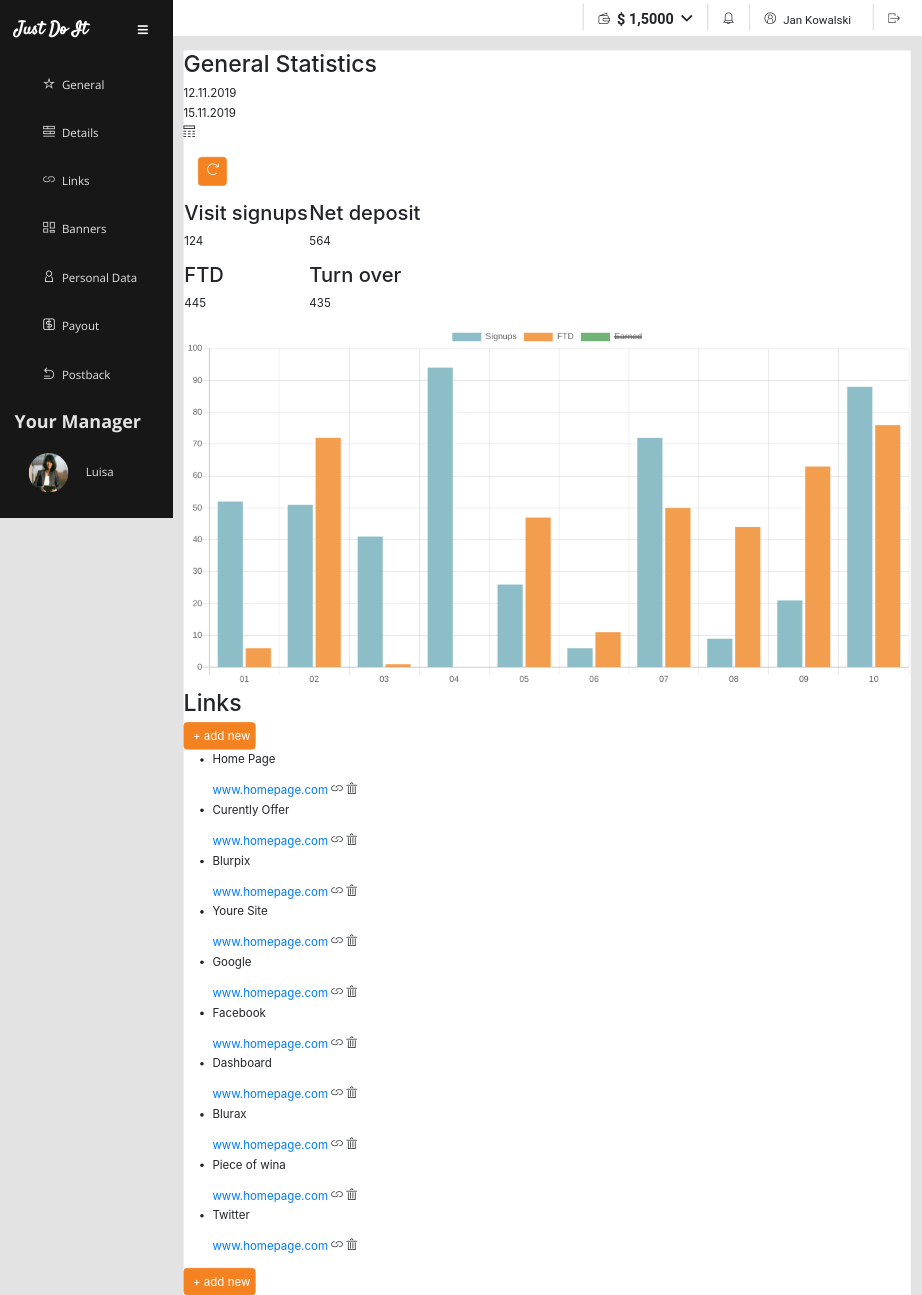
Repository: OllaWilk/wwwJustDoIt
Page: index.html
These files come from the project's save history. The page is drawn as it stood at one moment and after the next save; the edit follows.
The browser window is 1280 px wide. The pictures show the whole page, at 72% of full size.
Some web libraries are served in a nearby version. The style sheet was rebuilt from its Sass, Less or Tailwind sources for each picture, by a compiler version that may differ from the author's.

Above is the page before, as saved 2019-12-25 16:49:23.

### index.html
<!DOCTYPE html>
<html lang=”en”>
    <head>
        <meta charset=”utf-8”>
        <meta name="viewport" content="width=device-width, initial-scale=1.0">
        <meta http-equiv="X-UA-Compatible" content="ie=edge">
        <meta name="description" content="Projekt indywidualny z kursu Kodilla">
        <meta name="keywords" content="kodilla, indiwidual, project">
        <title>Just Do It - soloProject</title>
            <link href="https://use.fontawesome.com/releases/v5.7.2/css/all.css" rel="stylesheet">
            <link href="https://fonts.googleapis.com/css?family=Open+Sans:400,400i,700|Satisfy&display=swap&subset=latin-ext" rel="stylesheet">
            <link rel="stylesheet" href="https://stackpath.bootstrapcdn.com/bootstrap/4.1.3/css/bootstrap.min.css" integrity="sha384-MCw98/SFnGE8fJT3GXwEOngsV7Zt27NXFoaoApmYm81iuXoPkFOJwJ8ERdknLPMO" crossorigin="anonymous">
            <link rel="stylesheet" href="css/style.css">
            <link rel="stylesheet" href="vendor/css/Glyphter.css">
        </head>

    <body>
        <nav class = "navigation">
            <div class = "navigationWraper">
                <div class  ="navigationTop">
                    <h1 class = "logo">Just Do It</h1>
                    <i id="hamburger" class="fas fa-bars"></i>
                </div>
                <div = class="navigationWraperMobile">
                    <ul>
                        <li><i id="start" class="icon-general"></i><a class="menuButon" href="index.html">General</a></li>
                        <li><i id="details" class="icon-details"></i><a class="menuButon" href="index.html">Details </a></li>
                        <li><i id="links" class="icon-links"></i><a class="menuButon" href="index.html">Links</a></li>
                        <li><i id="banners" class="icon-banners"></i><a class="menuButon" href="index.html">Banners</a></li>
                        <li><i id="personal data" class="icon-personaldata"></i><a class="menuButon" href="index.html">Personal Data</a></li>
                        <li><i id="payout" class="icon-payout"></i><a class="menuButon" href="index.html">Payout</a></li>
                        <li><i id="postback" class="icon-postback"></i><a class="menuButon" href="index.html">Postback</a></li>
                    </ul>
                    <div class = "menagoImg">
                        <h2>Your Manager</h2>
                        <a class="menuButon" href = "index.html">
                            <img src="images/business-woman-746766_1920.jpg">
                        </img>Luisa</a>
                    </div>
                </div>
            </div>
        </nav>

        <div class= "topMenu">
            <div class = "topMenuWrapper">
                <div class= "iconsTopMenu">
                    <i id="wallet" class="icon-wallet"></i>
                    <h3>$ 1,5000</h3>
                    <i id="arrowDown" class="icon-arrow-down-small"></i>
                </div>
                <div class= "iconsTopMenu">
                    <i id="notification" class="icon-notification"></i>
                </div>
                <div class= "iconsTopMenu">
                    <i id="profile" class="icon-profile"></i>
                    <p>Jan Kowalski</p>
                </div>
                <div class= "iconsTopMenu">
                    <i id="start" class="icon-quit"></i>
                </div>
            </div>
        </div>

        <section class = "container">
            <div class = "section  mainPage">
                <h2  class="title">General Statistics</h2>
                <div class="dates">
                    <div class="datesConteiner">
                        <div class="dateStart">12.11.2019</div>
                        <div class="dateEnd">15.11.2019 </div>
                        <i id="calendar" class="icon-calendar"></i>
                    </div>
                    <a href="index.html" id="refresh" class="btnRefrsh btn icon-refresh"></a>
                </div>
                <div class="statistic">
                    <div class="legendWrap">
                        <table>
                            <tr>
                              <td class="visitSignups">
                                <h3>Visit signups</h3>
                                <p>124</p>
                              </td>
                              <td class="netDeposit">
                                <h3>Net deposit</h3>
                                <p>564</p>
                              </td>
                            </tr>
                            <tr>
                              <td class="FTD">
                                <h3>FTD</h3>
                                <p>445</p>
                              </td>
                              <td class="turnOver">
                                <h3>Turn over</h3>
                                <p>435</p>
                              </td>
                            </tr>
                        </table>
                    </div>
                    <canvas id="myChart"></canvas>
                </div>
            </div>

            <div class = "section links">
                <h2  class="title">Links</h2>
                <div class="btnWraper">
                    <a href="index.html" id="refresh" class="btn btnAddNew">+ add new</a>
                </div>
                <div class = "linkWraper">
                    <ul>
                        <li>
                            <p>Home Page</p>
                            <a href="index.html">www.homepage.com</a>
                            <i id="start" class="colorLinks icon-links"></i>
                            <i id="start" class="icon-trash"></i>
                        </li>
                        <li>
                            <p>Curently Offer</p>
                            <a href="index.html">www.homepage.com</a>
                            <i id="start" class="colorLinks icon-links"></i>
                            <i id="start" class="icon-trash"></i>
                        </li>
                        <li>
                            <p>Blurpix</p>
                            <a href="index.html">www.homepage.com</a>
                            <i id="start" class="colorLinks icon-links"></i>
                            <i id="start" class="icon-trash"></i>
                        </li>
                        <li>
                            <p>Youre Site</p>
                            <a href="index.html">www.homepage.com</a>
                            <i id="start" class="colorLinks icon-links"></i>
                            <i id="start" class="icon-trash"></i>
                        </li>
                        <li>
                            <p>Google</p>
                            <a href="index.html">www.homepage.com</a>
                            <i id="start" class="colorLinks icon-links"></i>
                            <i id="start" class="icon-trash"></i>
                        </li>
                        <li>
                            <p>Facebook</p>
                            <a href="index.html">www.homepage.com</a>
                            <i id="start" class="colorLinks icon-links"></i>
                            <i id="start" class="icon-trash"></i>
                        </li>
                        <li>
                            <p>Dashboard</p>
                            <a href="index.html">www.homepage.com</a>
                            <i id="start" class="colorLinks icon-links"></i>
                            <i id="start" class="icon-trash"></i>
                        </li>
                        <li>
                            <p>Blurax</p>
                            <a href="index.html">www.homepage.com</a>
                            <i id="start" class="colorLinks icon-links"></i>
                            <i id="start" class="icon-trash"></i>
                        </li>
                        <li>
                            <p>Piece of wina</p>
                            <a href="index.html">www.homepage.com</a>
                            <i id="start" class="colorLinks icon-links"></i>
                            <i id="start" class="icon-trash"></i>
                        </li>
                        <li>
                            <p>Twitter</p>
                            <a href="index.html">www.homepage.com</a>
                            <i id="start" class="colorLinks icon-links"></i>
                            <i id="start" class="icon-trash"></i>
                        </li>
                    </ul>

                </div>
                <div class="btnWraper">
                    <a href="index.html" id="refresh" class="btn btnAddNew">+ add new</a>
                </div>
            </div>
        </section>

        <script src="https://cdnjs.cloudflare.com/ajax/libs/Chart.js/2.4.0/Chart.min.js"></script>
        <script src="js/script.js"></script>
    </body>
</html>

### js/script.js
const hamburgerMenuLeft = document.getElementById('hamburger');
const mobileMenu = document.querySelector('navigationWraperMenu');

hamburger.addEventListener('click', function(){
    mobileMenu.classList.toggle('active');
});

var ctx = document.getElementById('myChart').getContext('2d');

var chart = new Chart(ctx, {
    // 1
    type: 'bar',
    data: {
        // 2
        labels: ["01", "02", "03", "04", "05", "06", "07", "08", "09", "10"],
        // 3
        datasets: [{
            // 4
            label: "Signups",
            // 5
            backgroundColor: '#8DBEC8',
            borderColor: '#8DBEC8',
            // 6
            data: [ 52, 51, 41, 94, 26, 6, 72, 9, 21, 88 ],
        },
        {
            label: "FTD",
            backgroundColor: '#F29E4E',
            borderColor: '#F29E4E',
            data: [ 6, 72, 1, 0, 47, 11, 50, 44, 63, 76 ],
        },
        {
            label: "Earned",
            backgroundColor: '#71B374',
            borderColor: '#71B374',
            data: [ 59, 49, 68, 90, 67, 41, 13, 38, 48, 48 ],
            // 7
            hidden: true,
        }]
    },
});

### sass/style.scss
/*importy styli*/
@import "variables";
@import "mixins";

@import "normalize";
@import "layout";

@import "sections/leftNavigtation";
@import "sections/topUserMenu";

@import "pages/mainPage";
@import "pages/links";
@import "components/mediaQuery";

### sass/_variables.scss
/*stałe graficzne*/
/*colors*/
$color-dark: #171717;
$color-light: #ffffff;
$color-buttonGreyDark: #979797;
$color-buttonGreyLight: #bbbbbb;
$color-buttonDisable: #e4e4e4;
$color-background: #E3E3E3;
$color-buttonOrangeDark: #F58220;
$color-buttonOrangeLight: #FFA200;
$color-onlineButton: #04AE00;
$color-notificationClicked: #74B67A;
$color-notificationUnclicked: #96CC9B;
$color-buttonNegativeClicked: #DE5252;
$color-buttonNegativeUnclicked: #EC7171;
$color-links: #56819F;
$color-strongRed: #FF0000;

/*font sizes*/

$paragraph-font-size: 16px;

/*fonts*/
$logo: 'Satisfy', cursive;
$brand-font: "Open Sans", Helvetica, Arial;
$default-font: 'Roboto', sans-serif;

### sass/_mixins.scss
/*buttons*/
.btn {
  display: inline-block;
  border-radius: 5px;
  font-size: 16px;
  text-align: center;
  text-decoration: none;
  cursor: pointer;
  border: 1px solid $color-buttonOrangeDark;
  background-color: $color-buttonOrangeDark;
  color: $color-light;
  width: 100px;
  &:hover {
    background-color: $color-light;
    color: $color-buttonGreyDark;
    border: 1px solid $color-buttonGreyDark;
  }
}


.btnRefrsh {
  width: 40px;
  height: 40px;
  margin: 20px;
}

@mixin flex-center {
  display: flex;
  justify-content: center;
}

/*links*/

### sass/_layout.scss
/*Global*/
html {
    box-sizing: border-box;
}

*, *::before, *::after {
    box-sizing: inherit;
}

body {
    margin: 0;
    background-color: $color-background;
    font-size: 16px;
    line-height: 1.7;
    display: flex;
}

.container {
    width: calc(100% - 240px); //NIE DZIAŁA DLACZEGO?
    top: 70px;
    left: 240px;
    position: absolute;
    z-index: -1;
}

.section {
    background-color: $color-light;
    //width: 141%; //tu musi być 141% bo szerokość kontenera nie mogę zmienić
}

### sass/sections/_leftNavigtation.scss
.navigation {
    width: 240px;
    height: 100vh;
    position: fixed;
    background-color: $color-dark;
    color: $color-light;
    padding: 10px;

}

.navigationWraper {
    font-family: $brand-font;
    ul {
        font-size: 16px;
        list-style-type: none;
        color: $color-background;
        li {
            margin: 20px 0px;
            padding:10px;
            &:hover {
                border-left: 4px solid $color-buttonOrangeDark;
            }
        }
    }
}

.navigationTop {
        display: flex;
        align-items: baseline;
        i {
            font-size: 16px;
            margin-left: 70px;
            cursor: pointer;
            &:hover {
                color: $color-buttonOrangeDark;
        }
    }
}

.logo {
    font-family: $logo;
    font-size: 25px;
    font-weight: 600;
    margin-left: 10px;
}

.menuButon {
    color: $color-background;
    font-family: $brand-font;
    font-size: 16px;
    margin: 0 10px;
    text-decoration: none;
    &:hover {
        color: $color-background;
        text-decoration: none;
    }
}

.menagoImg {
    h2 {
        font-size: 25px;
        font-weight: 600;
        color: $color-background;
        margin: 25px 0 10px 10px;
    }
    a {
        img {
            border-radius: 50%;
            height: 55px;
            width: 55px;
            margin: 20px;
        }

    }
}

### sass/sections/_topUserMenu.scss
.topMenu {
    background-color: $color-light;
    width: calc(100% - 240px);
    height: 50px;
    margin-left: 240px;
    position: fixed;
}

.topMenuWrapper {
    display: flex;
    float: right;
    width: auto;
    margin: 5px 10px;
}

.iconsTopMenu {
    display: flex;
    align-items: baseline;
    border-left: 2px solid $color-background;
    padding: 10px 20px 0 20px;
    i {
        display:inline-block;
    }
    h3 {
        font-size: 20px;
        margin: 0 10px;
        font-weight: bold;
        font-family: $default-font;
    }
    p{
        font-size: 16px;
        margin: 0 10px;
        font-family: $default-font;
    }
}

/*UWAGI
inny krótszy zapisz gdzie p z 52 linijki html jest zamienione na h3: nie działa :first-child a działa :last-child

.iconsTopMenu {
    display: flex;
    align-items: baseline;
    border-left: 2px solid $color-background;
    padding: 10px 20px 0 20px;
    i {
        display:inline-block;
    }
    h3 {
        font-size: 16px;
        margin: 0 10px;
        font-weight: bold;
        :first-child{
            font-weight: bold;
        }
    }
}

*/

### sass/pages/_mainPage.scss
.titl {
    color: $color-buttonGreyDark;
    font-weight: 550;
    font-size: 25px;
    border-bottom: 2px solid $color-background;
    padding: 12px;
    margin: 0 20px;
}

//Daty

.date {
    display: flex;
    justify-content: center;
    padding: 20px 30px;
    align-items: baseline;
    border-bottom: 1px solid $color-background;
}

.datesConteine {
    padding: 5px 10px;
    border: 1px solid $color-background;
    border-radius: 2px;
    display: flex;
    align-items: baseline;
    div {
        border-right: 1px solid $color-background;
        padding-left: 20px;
        padding-right: 40px;
        font-size: 16px;
    }
    i {
        color: $color-background;
        padding-left: 5px;
    }
}

.legendWra {
    table {
      margin: 20px auto;
      width: 70%;
      border-spacing: 25px; //dlaczego nie działasz?
      tr {
        td {
          position: relative;
          padding: 0;
          border-bottom: 3px solid $color-background;
          width: auto;
          h3, p {
            display: inline;
            font-family: $brand-font;
            font-size: 16px;
            font-weight: bold;
            color: $color-buttonGreyDark;
            padding-right:  30px;
          }
          p {
            position: absolute;
            right: 0;
            margin: 0;
            font-weight: 500;
          }
        }
      }
    }
  }

### sass/pages/_links.scss

//Linki
.link {
    margin-top: 20px;
    padding-bottom: 20px;
}

.btnWrap {
    display: flex;
    justify-content: center;
}

.btnAddNe {
    margin: 20px;

}

.linkWrape {
    font-size: 16px;
    color: $color-buttonGreyDark;
    display: flex;
    justify-content: center;

    ul {
        li {
            display: flex;
            align-items: baseline;
            border-bottom: 1px solid $color-background;
            &:hover {
                background-color: $color-background;
            }
            p {
                font-weight: bold;
                margin: 5px 0;
                width: 320px;
            }
        }
    }
    a {
        color: $color-links;
        text-decoration: none;
        width: 320px;
    }
    i {
        margin: 0 10px;
    }
}

.colorLink {
    color: $color-buttonOrangeDark;
    margin-left: 320px;
}

### sass/components/_mediaQuery.scss
@media (max-width: 750px) {

    .topMenuWrapper {
        display: none;
    }

    .navigation  {
        width: 100%;
        height: auto;
    }

    .navigationTop {
        justify-content: space-around;
    }

    .navigationWraperMobile {
        display: none;
    }

    .navigationWraperMobile.active {
        display: block;
        position: fixed;
        height: 100%;
        background-color: $color-dark;
        z-index: 1;
        line-height: 0;
    }

    .container {
        left: 0;
        width: 100%;
        top: 100px;
    }

    .linkWraper {
        width: 100%;
    }

    .topMenu {
        z-index: -1;
    }
}

Loaded but not shown: vendor/css/Glyphter.css (common file); sass/_normalize.scss (common file)

After the next save:
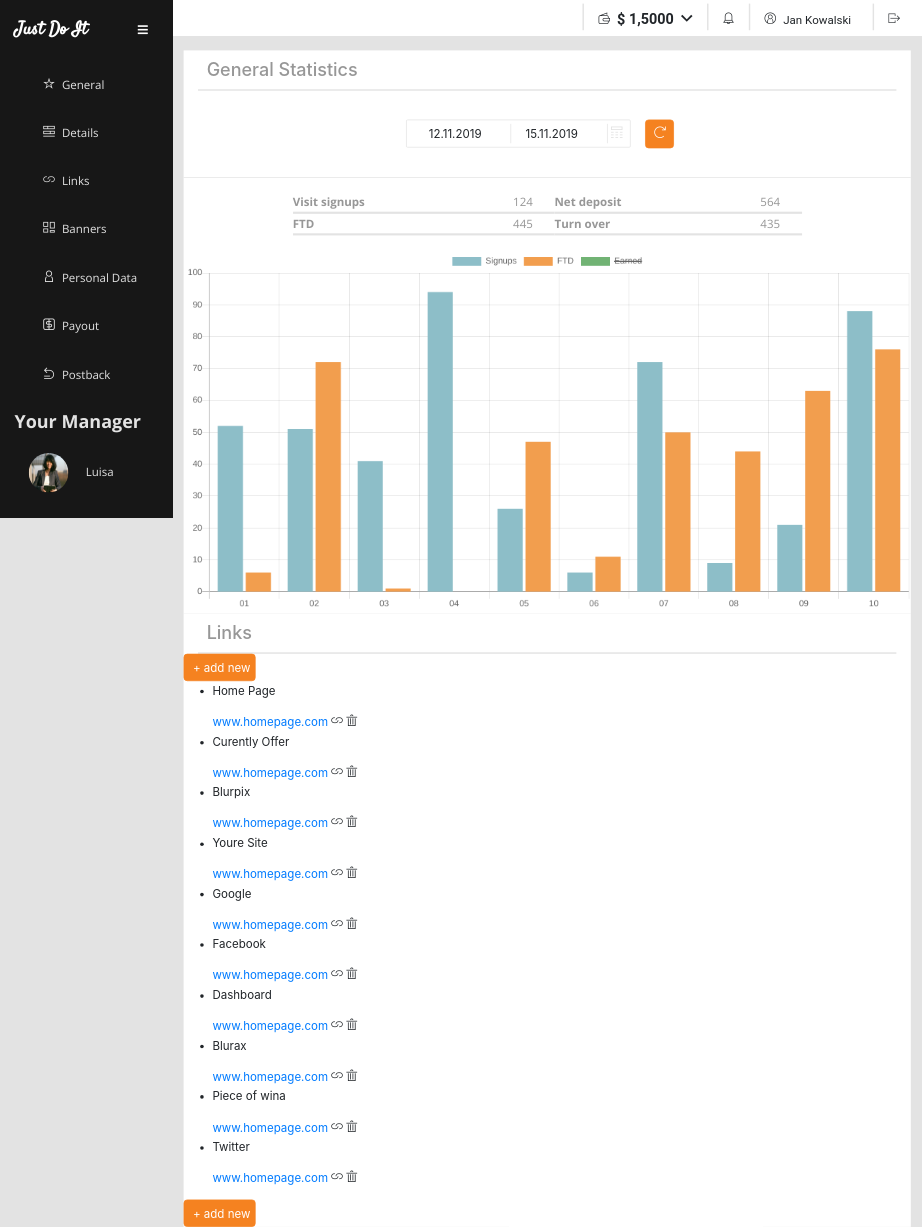
Saved 20 s later.
--- a/sass/pages/_mainPage.scss
+++ b/sass/pages/_mainPage.scss
@@ -1,4 +1,4 @@
-.titl {
+.title {
     color: $color-buttonGreyDark;
     font-weight: 550;
     font-size: 25px;
@@ -9,7 +9,7 @@
 
 //Daty
 
-.date {
+.dates {
     display: flex;
     justify-content: center;
     padding: 20px 30px;
@@ -17,7 +17,7 @@
     border-bottom: 1px solid $color-background;
 }
 
-.datesConteine {
+.datesConteiner {
     padding: 5px 10px;
     border: 1px solid $color-background;
     border-radius: 2px;
@@ -35,7 +35,7 @@
     }
 }
 
-.legendWra {
+.legendWrap {
     table {
       margin: 20px auto;
       width: 70%;
